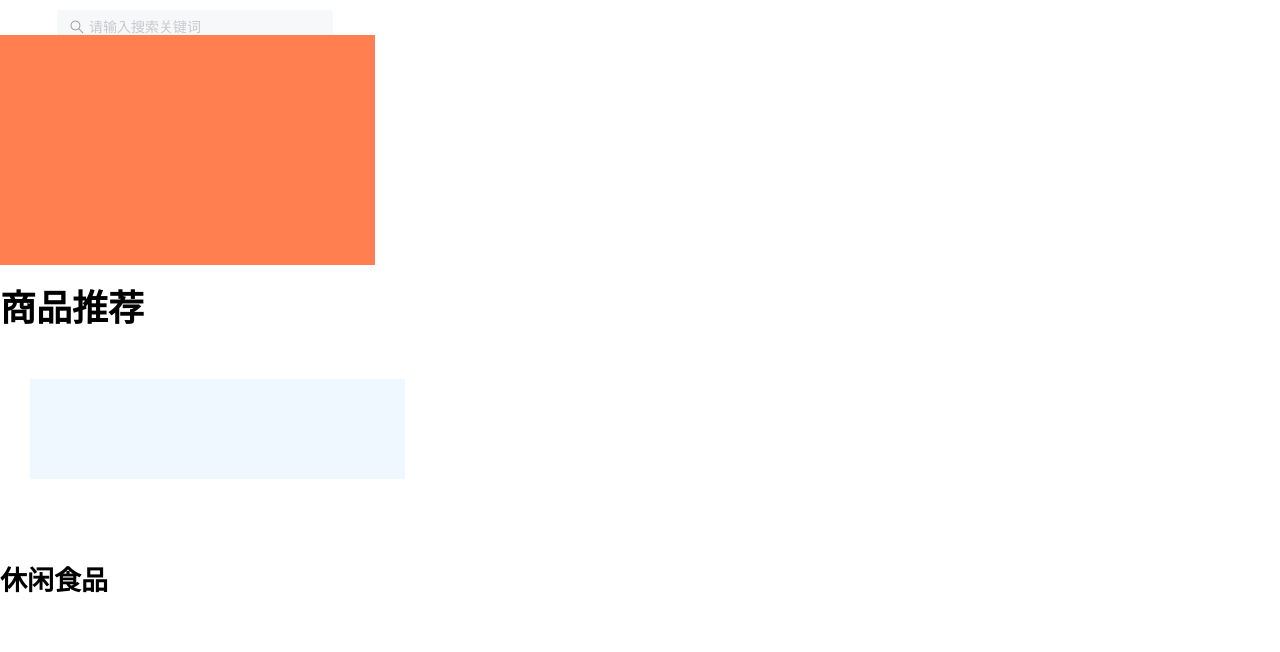
Repository: liyang777777/shangcheng
Page: /
An editor plug-in stored every save of this project. The page is shown before and after the next save, followed by the edit.
The browser window is 1280 px wide. The pictures show the whole page.
The page's requests for data from a server got no answer. The project was rebuilt for these pictures with package versions that can differ from the ones it lists, and the page was loaded fresh each time. No one was signed in, and anything a server would have sent is missing. Also part of the build but not shown: vue.config.js. Imported but missing from the stored project, and not drawn on this page: src/views/About.

Above is the page before, as saved 2020-06-23 14:54:11.

After the next save:
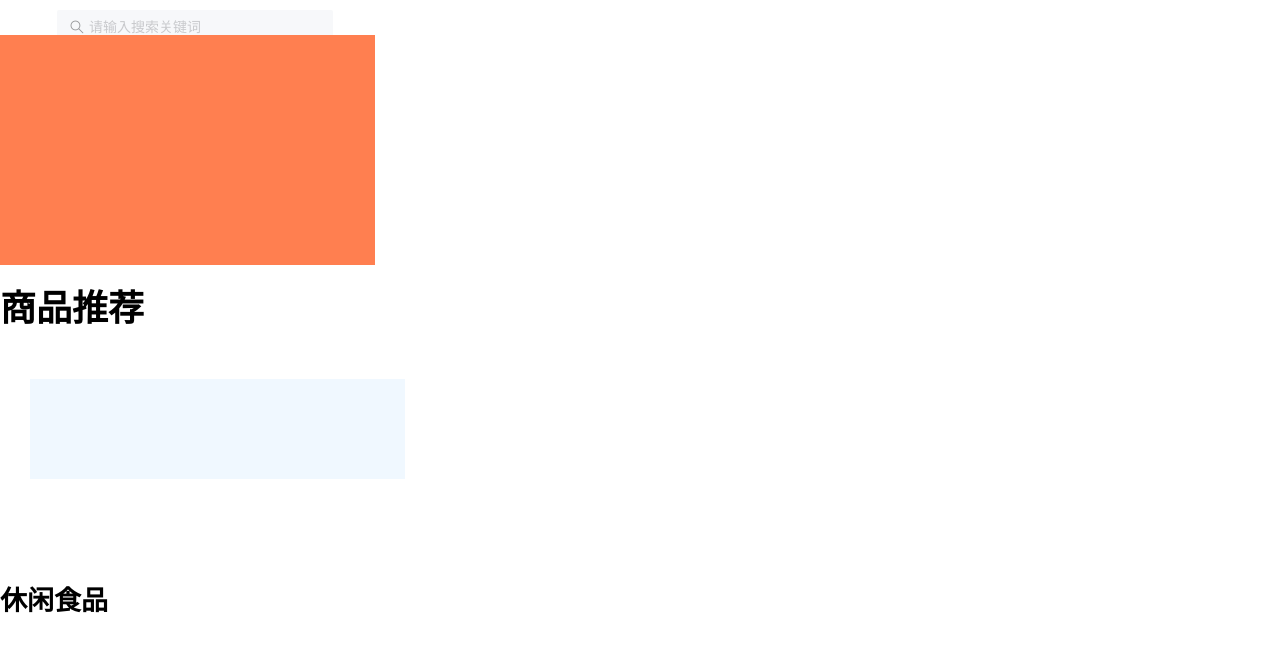
Saved 9 s later.
--- a/src/components/Prre.vue
+++ b/src/components/Prre.vue
@@ -71,6 +71,6 @@ export default {
    width: 200px;
   height: 100px;
   font-size: 18px;
-  margin-top: 80px;
+  margin-top: 100px;
 }
 </style>
